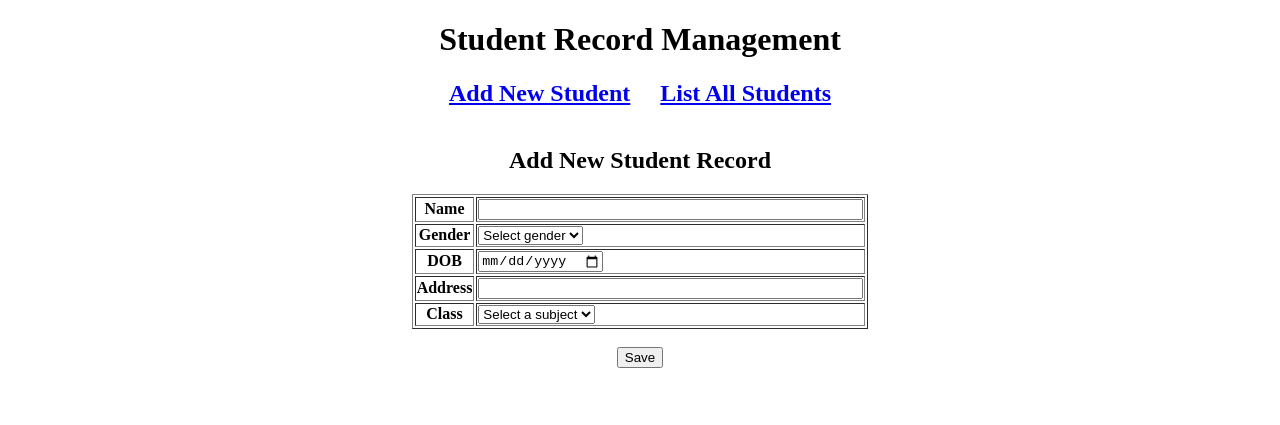
Repository: ashkumar661/Phase-2-Project
Page: http://localhost/crud-example/newStudent
An editor plug-in stored every save of this project. The page is shown before and after the next save, followed by the edit.
The browser window is 1280 px wide. The pictures show the whole page.
The page is served by Tomcat 9. Queries for data that is not in the repository find no rows.

Above is the page before, as saved 2022-05-20 18:37:28.

After the next save:
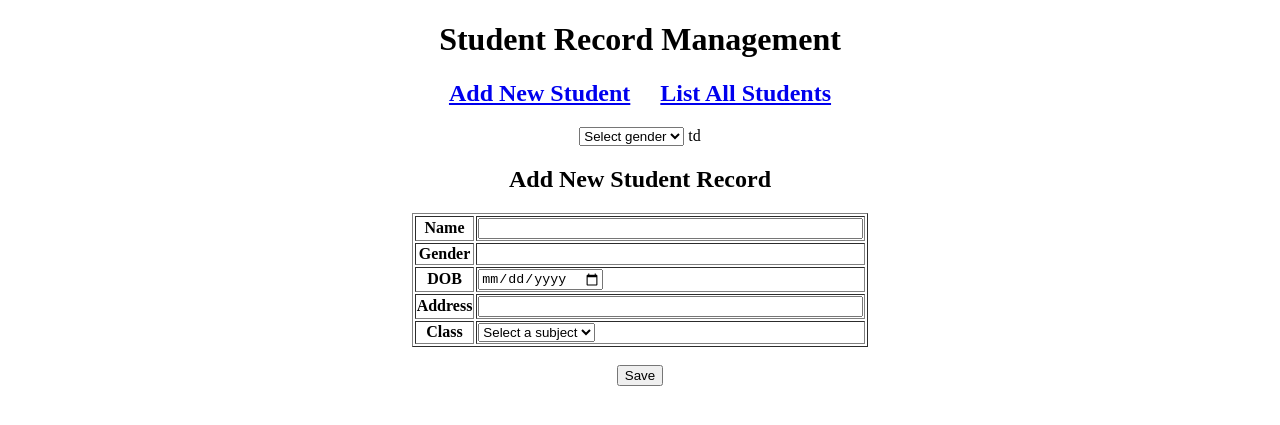
Saved 74 s later.
--- a/crud-example/src/main/webapp/student-form.jsp
+++ b/crud-example/src/main/webapp/student-form.jsp
@@ -51,7 +51,7 @@
 			</tr>
 			<tr>
 				<th>Gender</th>
-				<td><select name="gender" id="gender">
+				<td></td><select name="gender" id="gender">
 						<c:if test="${userStudent == null}">
 							<option disabled value="" selected>Select gender</option>
 
@@ -68,7 +68,7 @@
 								<option value="Male">Male</option>
 							</c:if>
 						</c:if>
-				</select>
+				</select> td
 			</tr>
 			<tr>
 				<th>DOB</th>

After the save that followed:
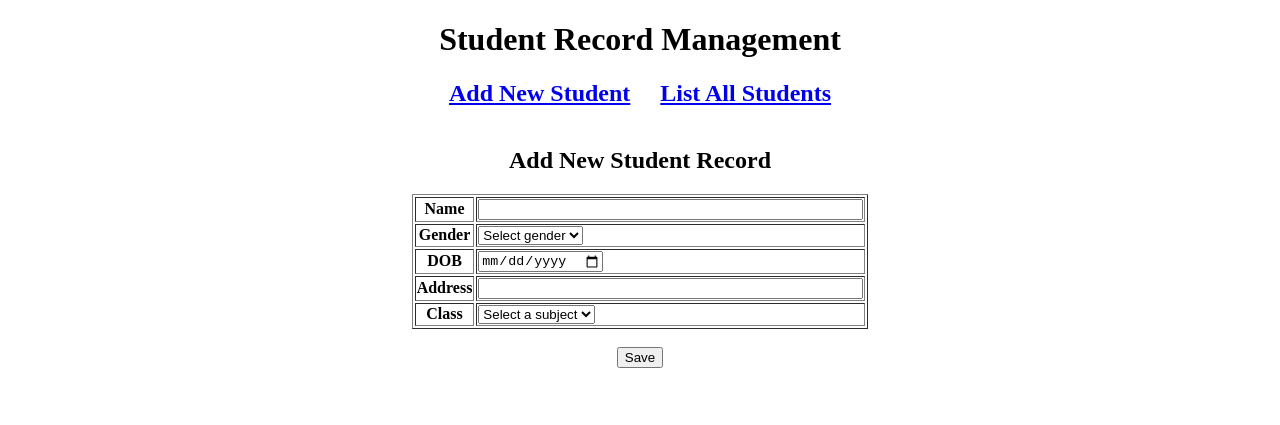
Saved 12 s later.
--- a/crud-example/src/main/webapp/student-form.jsp
+++ b/crud-example/src/main/webapp/student-form.jsp
@@ -51,7 +51,7 @@
 			</tr>
 			<tr>
 				<th>Gender</th>
-				<td></td><select name="gender" id="gender">
+				<td><select name="gender" id="gender">
 						<c:if test="${userStudent == null}">
 							<option disabled value="" selected>Select gender</option>
 
@@ -68,7 +68,7 @@
 								<option value="Male">Male</option>
 							</c:if>
 						</c:if>
-				</select> td
+				</select></td>
 			</tr>
 			<tr>
 				<th>DOB</th>
